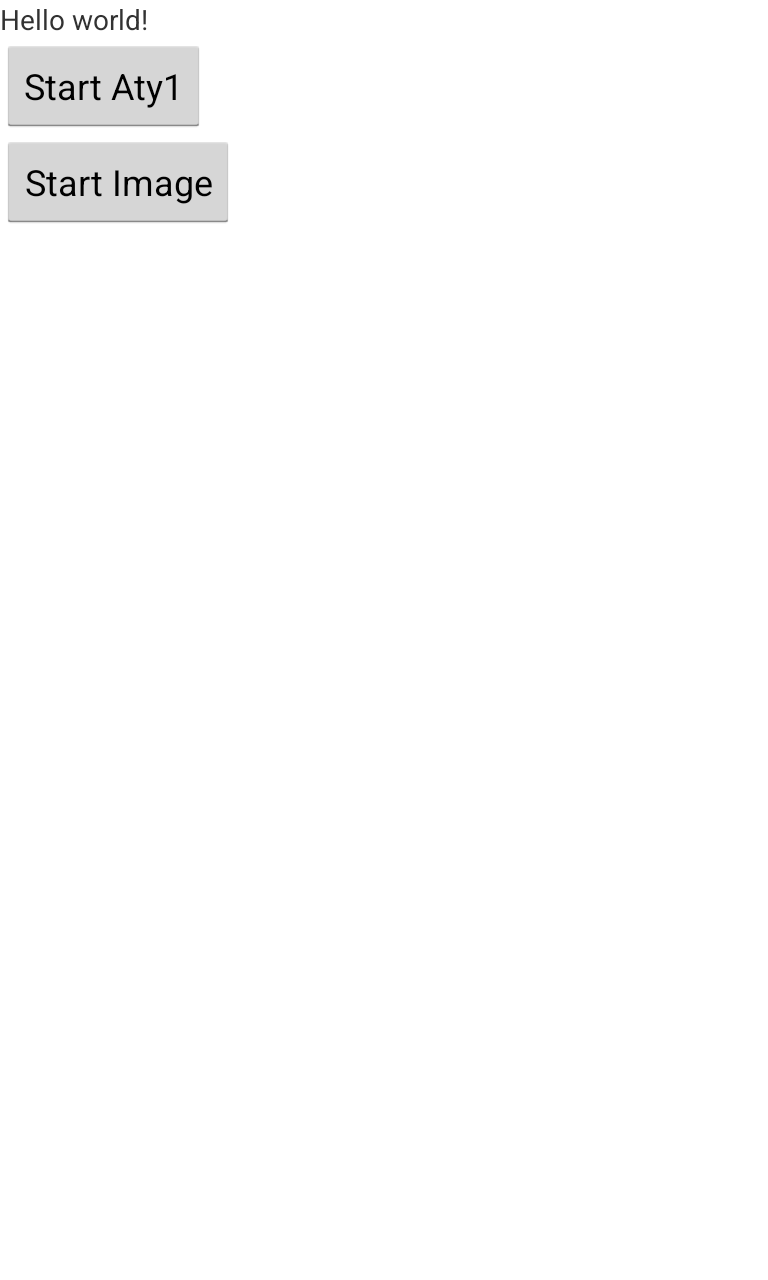
Repository: mchenyuxiang/studyAndroid
Layout: L008Intents/res/layout/activity_main.xml
These files come from the project's save history. The layout is drawn as it stood at one moment and after the next save; the edit follows.
It is drawn on a 768 x 1280 px phone screen (xhdpi) without system bars, with theme AppTheme; the app's code is not run.

Above is the layout before, as saved 2015-02-01 07:26:48.

After the next save:
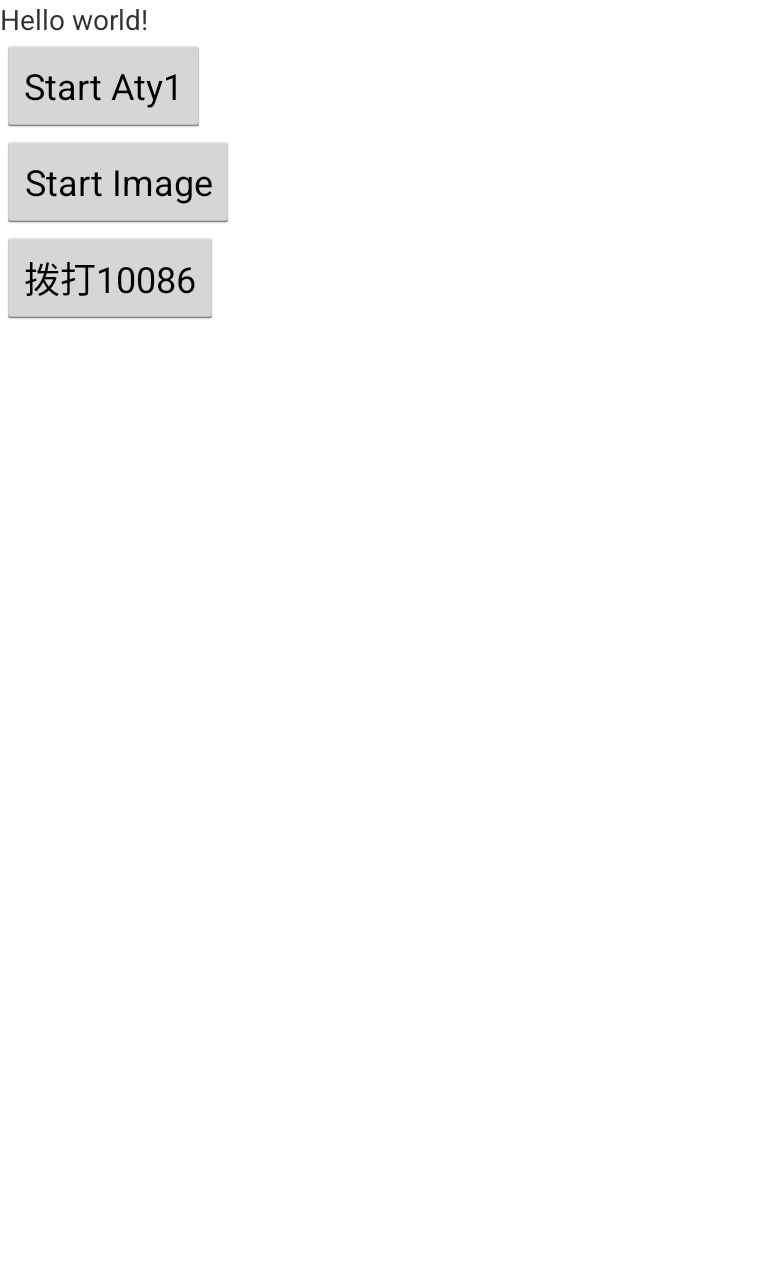
Saved 4 min 45 s later.
--- a/L008Intents/res/layout/activity_main.xml
+++ b/L008Intents/res/layout/activity_main.xml
@@ -22,4 +22,10 @@
         android:layout_height="wrap_content"
         android:text="Start Image" />
 
+    <Button
+        android:id="@+id/btnDel10086"
+        android:layout_width="wrap_content"
+        android:layout_height="wrap_content"
+        android:text="拨打10086" />
+
 </LinearLayout>
